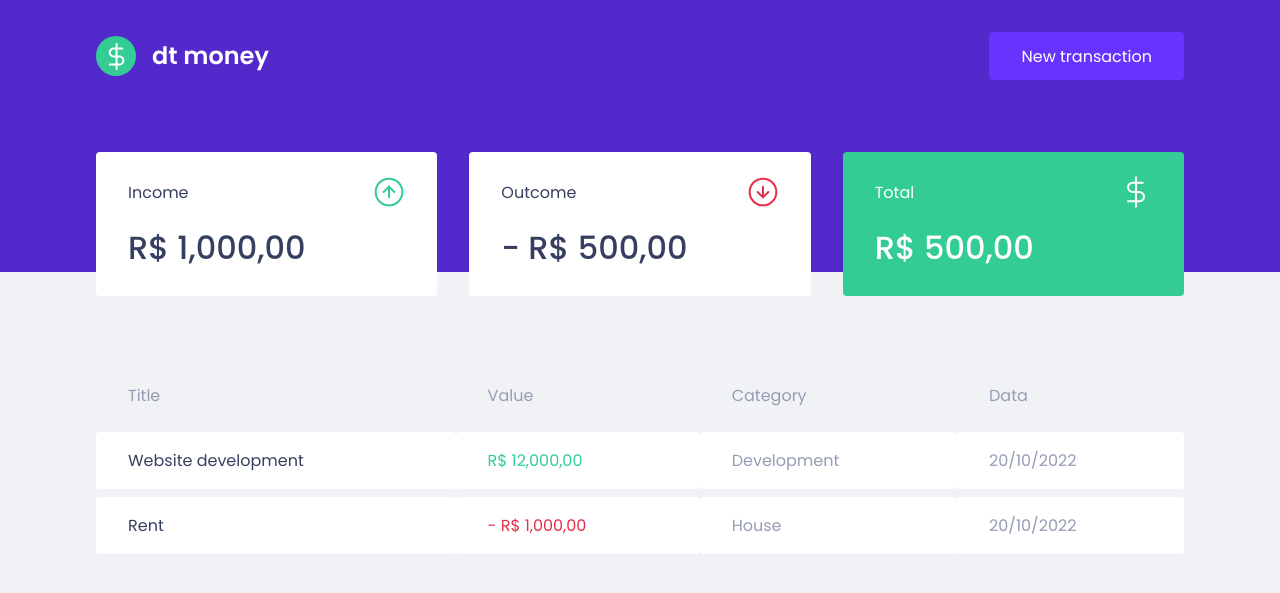
Repository: JoseGu1llardi/dtmoney
Page: /
The author's editor kept a copy of each file at every save. The page is drawn from the files as they stood at one save, then again after the next save.
The browser window is 1280 px wide. The pictures show the whole page.
The project was rebuilt for these pictures with package versions that can differ from the ones it lists, and the page was loaded fresh each time.

Above is the page before, as saved 2022-12-30 20:21:46.

After the next save:
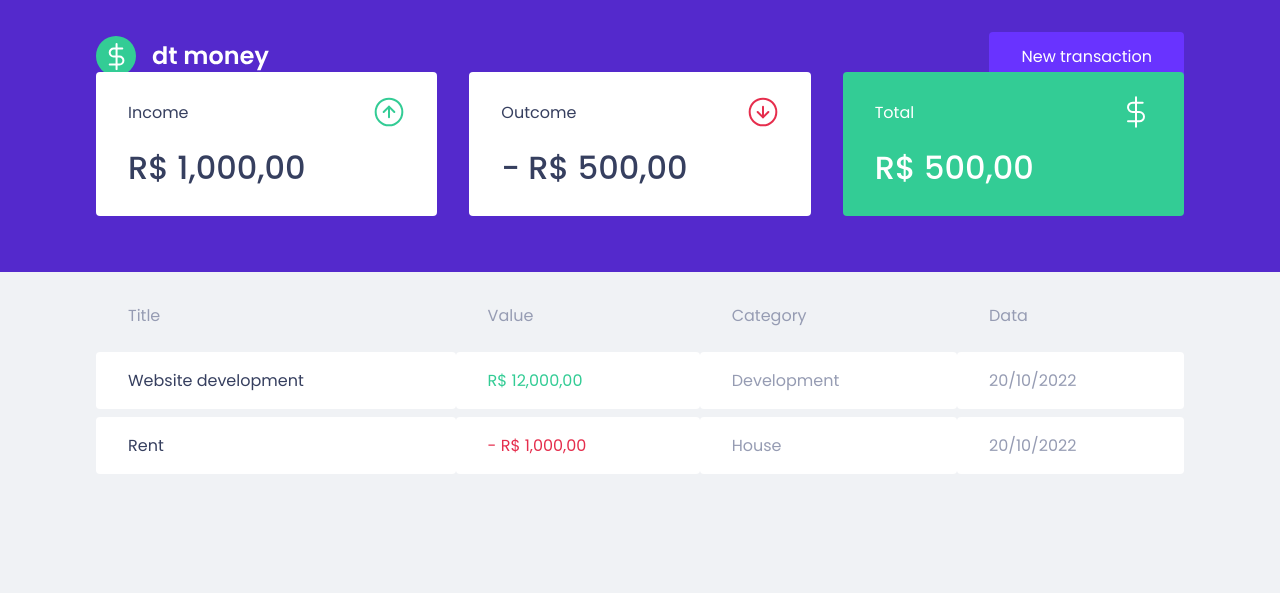
Saved 2 days later.
--- a/src/components/Summary/styles.ts
+++ b/src/components/Summary/styles.ts
@@ -4,7 +4,7 @@
   display: grid;
   grid-template-columns: repeat(3, 1fr);
   gap: 2rem;
-  margin-top: -10rem;
+  margin-top: -15rem;
 
   div {
     background: var(--shape);

After the save that followed:
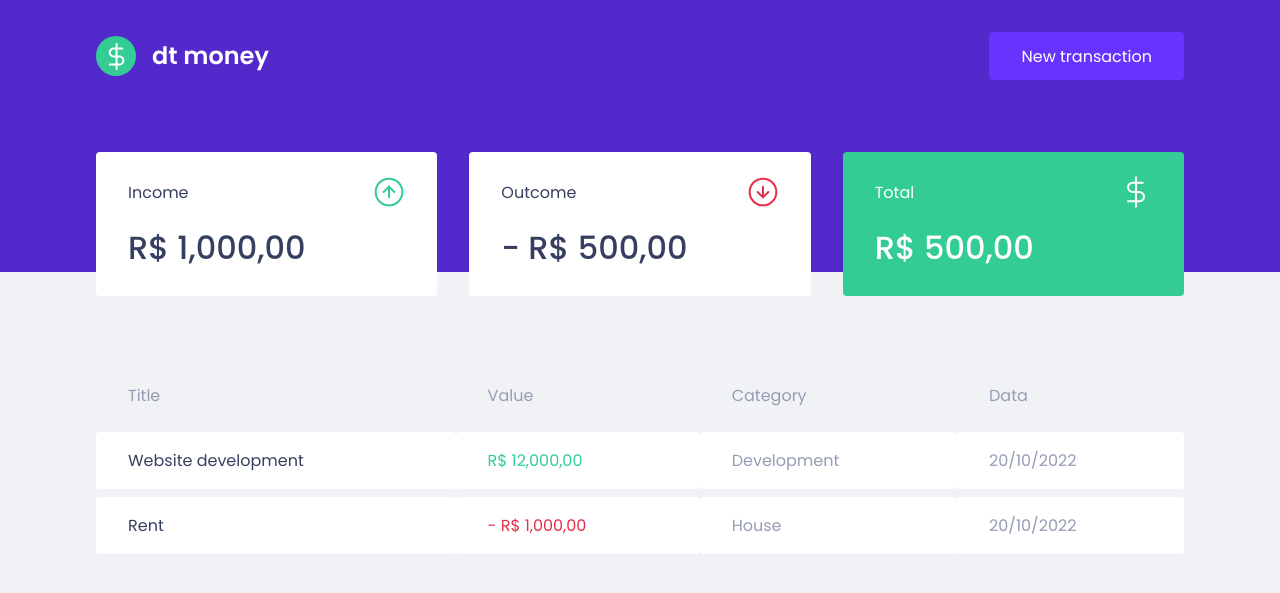
Saved 13 s later.
--- a/src/components/Summary/styles.ts
+++ b/src/components/Summary/styles.ts
@@ -4,7 +4,7 @@
   display: grid;
   grid-template-columns: repeat(3, 1fr);
   gap: 2rem;
-  margin-top: -15rem;
+  margin-top: -10rem;
 
   div {
     background: var(--shape);
